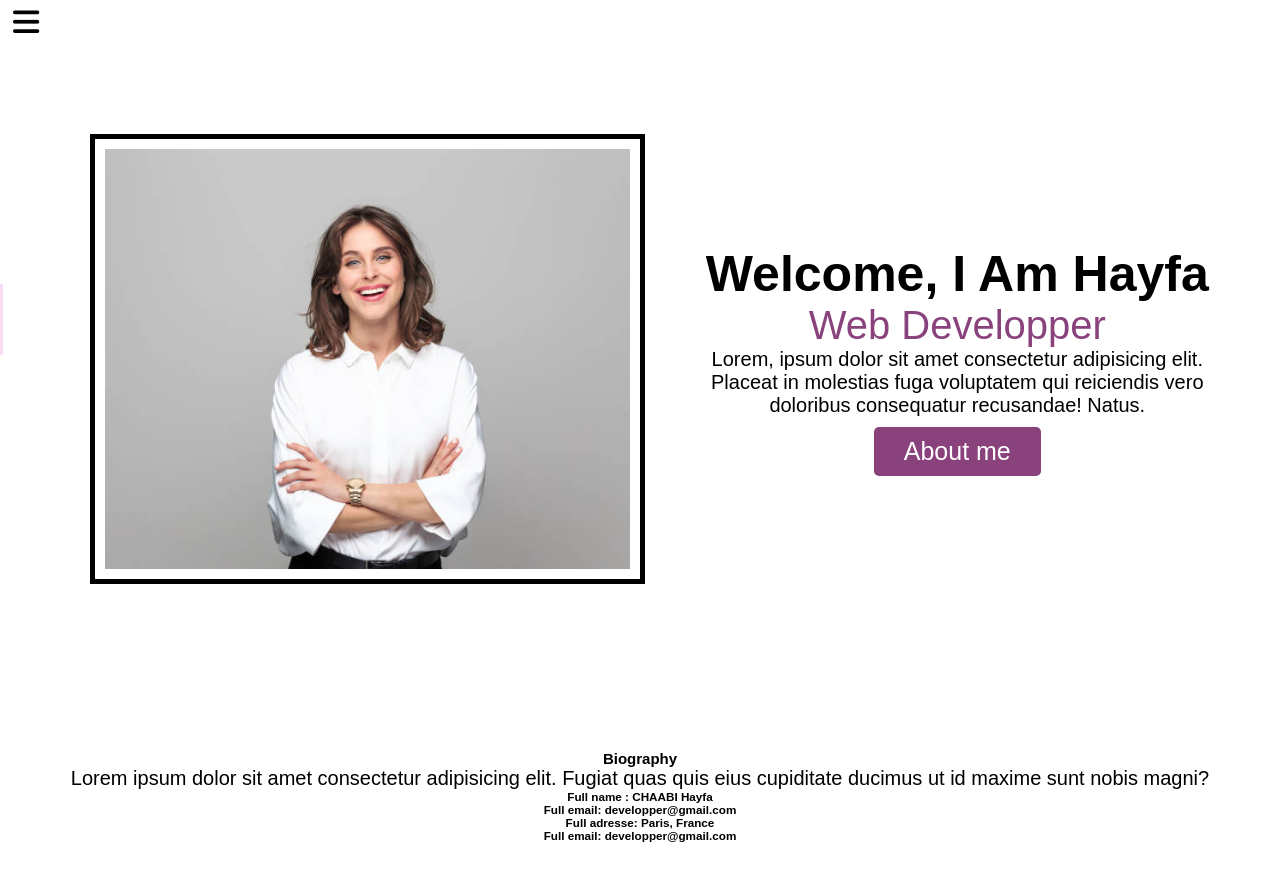
Repository: haifabilel/portfolio_project
Page: http://localhost/
The author's editor kept a copy of each file at every save. The page is drawn from the files as they stood at one save, then again after the next save.
The browser window is 1280 px wide. The pictures show the whole page.
Some web fonts or font styles are not loaded; a fallback is used. The page is run by PHP 8.4 with error messages shown; the project is at /var/www/html/.

Above is the page before, as saved 2023-09-15 20:46:40.

After the next save:
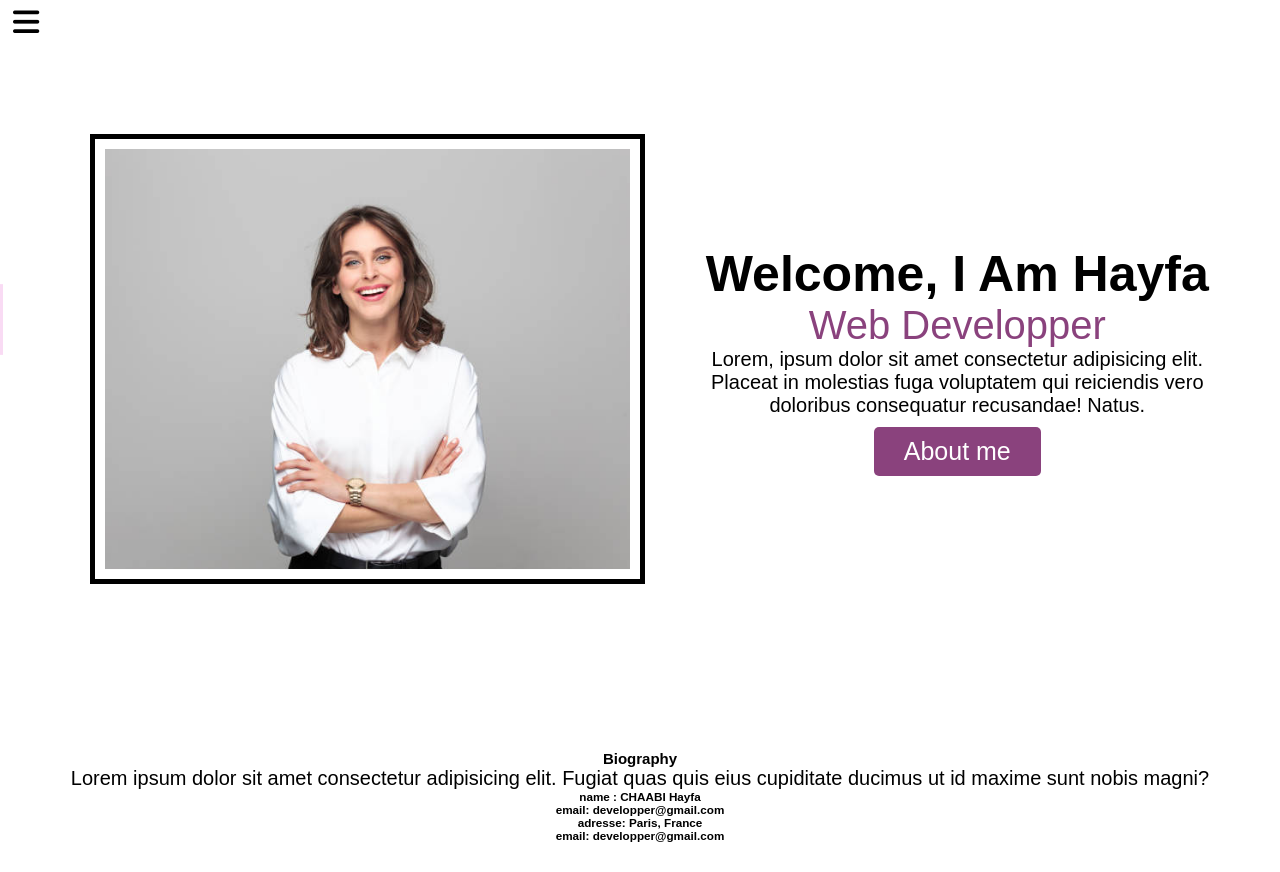
Saved 20 s later.
--- a/index.php
+++ b/index.php
@@ -52,10 +52,10 @@
     <div class="biography">
         <p>Lorem ipsum dolor sit amet consectetur adipisicing elit.
              Fugiat quas quis eius cupiditate ducimus ut id maxime sunt nobis magni? </p>
-    <h3>Full name : CHAABI Hayfa </h3>
-    <h3>Full email: developper@gmail.com </h3>
-    <h3>Full adresse: Paris, France </h3>
-    <h3>Full email: developper@gmail.com </h3>
+    <h3> name : CHAABI Hayfa </h3>
+    <h3> email: developper@gmail.com </h3>
+    <h3> adresse: Paris, France </h3>
+    <h3> email: developper@gmail.com </h3>
 
     </div>
 
